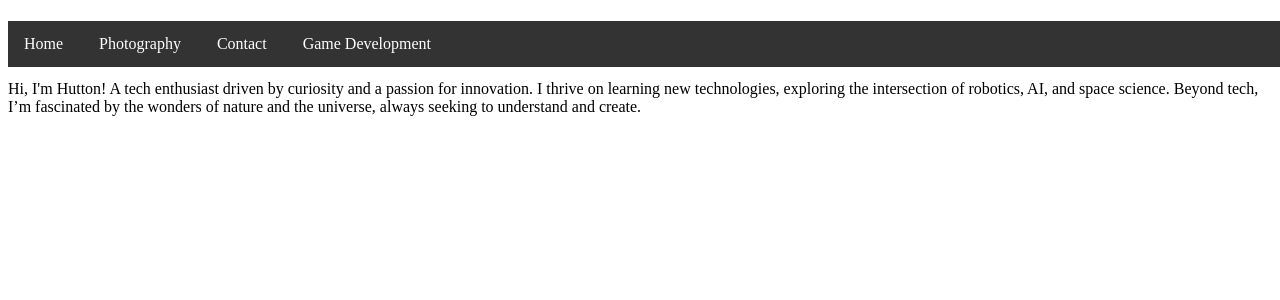
Repository: Argivist/ArgPortfolio
Page: index.html
The author's editor kept a copy of each file at every save. The page is drawn from the files as they stood at one save, then again after the next save.
The browser window is 1280 px wide. The pictures show the whole page.

Above is the page before, as saved 2025-03-28 14:51:55.

After the next save:
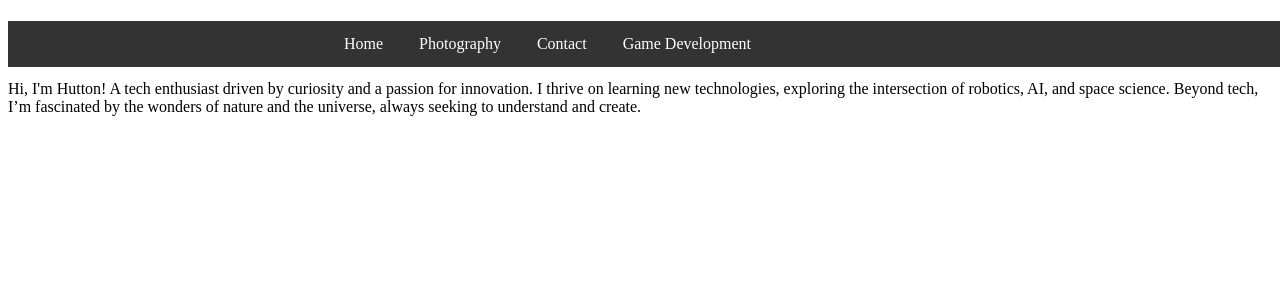
Saved 27 s later.
--- a/css/nav.css
+++ b/css/nav.css
@@ -17,15 +17,6 @@
 
 /* Nav Stlisation */
 
-/* centering the navbar */
-nav{
-    background-color: #333;
-    overflow: hidden;
-    position: fixed;
-    width: 100%;
-    z-index: 100;
-}
-
 
 nav{
     background-color: #333;
@@ -39,6 +30,8 @@ nav ul{
     margin: 0;
     padding: 0;
     overflow: hidden;
+    margin-left: 50%;
+    transform: translateX(-50%);
 }
 nav ul li{
     float:none;
